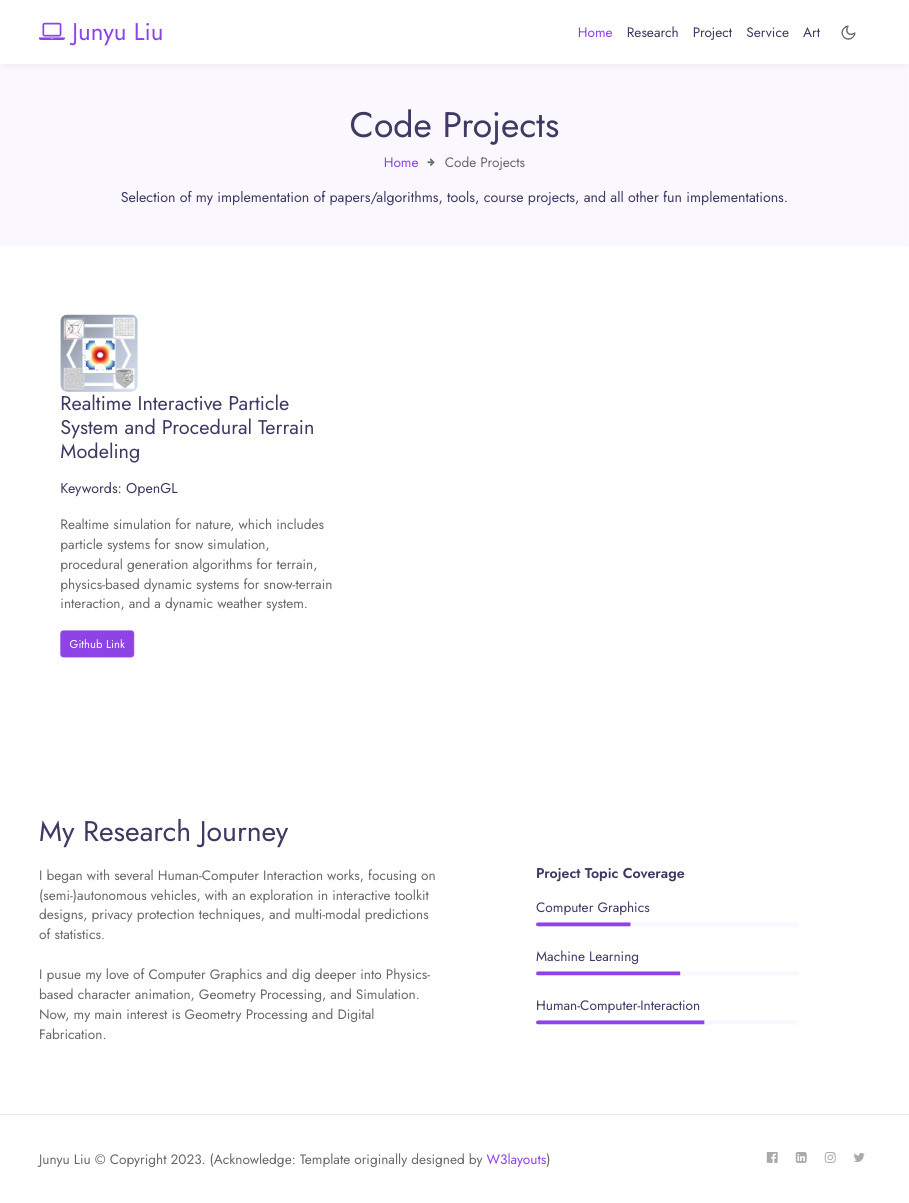
Repository: Junyu-Liu-Nate/junyu-liu-nate.github.io
Page: project.html
These files come from the project's save history. The page is drawn as it stood at one moment and after the next save; the edit follows.
The browser window is 1280 px wide. The pictures show the whole page, at 71% of full size.

Above is the page before, as saved 2024-04-10 18:09:48.
Console error: TypeError: Cannot read properties of null (reading 'classList')

### project.html
<!--
Author: Junyu Liu
Author: W3layouts
Author URL: http://w3layouts.com
-->
<!doctype html>
<html lang="en">

<head>
  <!-- Required meta tags -->
  <meta charset="utf-8">
  <meta name="viewport" content="width=device-width, initial-scale=1, shrink-to-fit=no">

  <title>Junyu Liu - Projects</title>

  <!-- google fonts -->
  <link href="//fonts.googleapis.com/css2?family=Jost:wght@300;400;600&display=swap" rel="stylesheet">

  <!-- Template CSS -->
  <link rel="stylesheet" href="assets/css/style-starter.css">
</head>

<body>
<!-- header -->
<header id="site-header" class="fixed-top">
  <div class="container">
      <nav class="navbar navbar-expand-lg stroke">
          <a class="navbar-brand" href="index.html">
              <span class="fa fa-laptop"></span> Junyu Liu
          </a>
          <!-- if logo is image enable this
      <a class="navbar-brand" href="#index.html">
          <img src="image-path" alt="Your logo" title="Your logo" style="height:35px;" />
      </a> -->
          <button class="navbar-toggler  collapsed bg-gradient" type="button" data-toggle="collapse"
              data-target="#navbarTogglerDemo02" aria-controls="navbarTogglerDemo02" aria-expanded="false"
              aria-label="Toggle navigation">
              <span class="navbar-toggler-icon fa icon-expand fa-bars"></span>
              <span class="navbar-toggler-icon fa icon-close fa-times"></span>
              </span>
          </button>

          <div class="collapse navbar-collapse" id="navbarTogglerDemo02">
            <ul class="navbar-nav ml-auto">
                <li class="nav-item active">
                    <a class="nav-link" href="index.html">Home <span class="sr-only">(current)</span></a>
                </li>
                <li class="nav-item @@research_active">
                    <a class="nav-link" href="research.html">Research</a>
                </li>
                <li class="nav-item @@project_active">
                  <a class="nav-link" href="project.html">Project</a>
                </li>
                <li class="nav-item @@service_active">
                  <a class="nav-link" href="service.html">Service</a>
                </li>
                <li class="nav-item @@art_active">
                    <a class="nav-link" href="art.html">Art</a>
                </li>
            </ul>
        </div>
          <!-- toggle switch for light and dark theme -->
          <div class="mobile-position">
              <nav class="navigation">
                  <div class="theme-switch-wrapper">
                      <label class="theme-switch" for="checkbox">
                          <input type="checkbox" id="checkbox">
                          <div class="mode-container">
                              <i class="gg-sun"></i>
                              <i class="gg-moon"></i>
                          </div>
                      </label>
                  </div>
              </nav>
          </div>
          <!-- //toggle switch for light and dark theme -->
      </nav>
  </div>
</header>
<!-- //header -->

<!-- about breadcrumb -->
<section class="w3l-about-breadcrumb text-center">
    <div class="breadcrumb-bg breadcrumb-bg-about py-sm-5 py-4">
        <div class="container py-2">
            <h2 class="title">Code Projects</h2>
            <ul class="breadcrumbs-custom-path mt-2">
                <li><a href="index.html">Home</a></li>
                <li class="active"><span class="fa fa-arrow-right mx-2" aria-hidden="true"></span> Code Projects </li>
            </ul>
            <br>
            <h5>Selection of my implementation of papers/algorithms, tools, course projects, and all other fun implementations.</h5>
        </div>
    </div>
</section>
<!-- //about breadcrumb -->

<!-- about page about section -->
<section class="w3l-aboutblock1" id="about">
    <div class="midd-w3 py-5">
        <div class="container py-lg-5 py-md-3">
              <div class="col-6">
                <div class="col-lg-3">
                  <div class="position-relative">
                      <img src="assets/images/project/thumnail/port-FEM-vs-VEM.png" alt="" class="radius-image img-fluid">
                  </div>
                </div>
                <div class="col-lg-9 mt-lg-0 mt-5">
                    <!-- <h5 class="title-small mb-2">Hello, I am UI/UX Designer</h5> -->
                    <h3 class="title">Realtime Interactive Particle System and Procedural Terrain Modeling</h3>
                    <br>
                    <h5>Keywords: OpenGL</h5>
                    <br>
                    <p>
                      Realtime simulation for nature, which includes particle systems for snow simulation, procedural generation algorithms for terrain, physics-based dynamic systems for snow-terrain interaction, and a dynamic weather system.
                    </p>
                    <br>
                    <div>
                      <a href="https://github.com/Junyu-Liu-Nate/Realtime-Interactive-Particle-System-Procedural-Modeling-OpenGL" class="btn btn-primary">Github Link</a>
                    </div>
                </div>
            </div>

            <!-- <p><br>-----------------------------------------------------------------------------------------------------------------------------------------------------------------------------------<br><br></p> -->
            <p><br></p>

        </div>
    </div>
</section>
<!-- //about page about section -->

<!-- about page third section -->
<section class="w3l-content-6 py-5">
    <div class="content-6-mian py-lg-5 py-md-4">
        <div class="container">
            <div class="content-info-in row">
                <div class="content-gd col-lg-6">
                    <h3 class="title-big mb-4">My Research Journey</h3>
                    <p>
                      I began with several Human-Computer Interaction works, focusing on (semi-)autonomous vehicles, with an exploration in interactive toolkit designs, privacy protection techniques, and multi-modal predictions of statistics.
                      <br><br>

                      I pusue my love of Computer Graphics and dig deeper into Physics-based character animation, Geometry Processing, and Simulation. Now, my main interest is Geometry Processing and Digital Fabrication.
                    </p>
                </div>
                <div class="content-gd col-lg-4 offset-lg-1">
                    <br><br><br>
                    <h5><b>Project Topic Coverage</b></h5><br>
                    <div class="progress-info">
                        <h6 class="progress-tittle">Computer Graphics</h6>
                        <div class="progress">
                            <div class="progress-bar progress-bar-striped" role="progressbar" style="width: 36%"
                                aria-valuenow="36" aria-valuemin="0" aria-valuemax="100">
                            </div>
                        </div>
                    </div>
                    <div class="progress-info">
                        <h6 class="progress-tittle">Machine Learning
                        </h6>
                        <div class="progress">
                            <div class="progress-bar progress-bar-striped" role="progressbar" style="width: 55%"
                                aria-valuenow="55" aria-valuemin="0" aria-valuemax="100">
                            </div>
                        </div>
                    </div>
                    <div class="progress-info">
                        <h6 class="progress-tittle">Human-Computer-Interaction</h6>
                        <div class="progress">
                            <div class="progress-bar progress-bar-striped" role="progressbar" style="width: 64%"
                                aria-valuenow="64" aria-valuemin="0" aria-valuemax="100">
                            </div>
                        </div>
                    </div>
                </div>
            </div>
        </div>
    </div>
</section>
<!-- about page third section -->

<!-- Footer -->
<section class="w3l-footer py-sm-5 py-4">
  <div class="container">
    <div class="footer-content">
      <div class="row">
        <div class="col-lg-8 footer-left">
          <p class="m-0">Junyu Liu © Copyright 2023. (Acknowledge: Template originally designed by <a href="https://w3layouts.com">W3layouts</a>)</p>
        </div>
        <div class="col-lg-4 footer-right text-lg-right text-center mt-lg-0 mt-3">
          <ul class="social m-0 p-0">
            <li><a href="#facebook"><span class="fa fa-facebook-official"></span></a></li>
            <li><a href="#linkedin"><span class="fa fa-linkedin-square"></span></a></li>
            <li><a href="#instagram"><span class="fa fa-instagram"></span></a></li>
            <li><a href="#twitter"><span class="fa fa-twitter"></span></a></li>
          </ul>
        </div>
      </div>
    </div>
  </div>

  <!-- move top -->
  <button onclick="topFunction()" id="movetop" title="Go to top">
    <span class="fa fa-angle-up"></span>
  </button>
  <script>
    // When the user scrolls down 20px from the top of the document, show the button
    window.onscroll = function () {
      scrollFunction()
    };

    function scrollFunction() {
      if (document.body.scrollTop > 20 || document.documentElement.scrollTop > 20) {
        document.getElementById("movetop").style.display = "block";
      } else {
        document.getElementById("movetop").style.display = "none";
      }
    }

    // When the user clicks on the button, scroll to the top of the document
    function topFunction() {
      document.body.scrollTop = 0;
      document.documentElement.scrollTop = 0;
    }
  </script>
  <!-- /move top -->
</section>
<!-- //Footer -->

<!-- all js scripts and files here -->

<script src="assets/js/theme-change.js"></script><!-- theme switch js (light and dark)-->

<script src="assets/js/jquery-3.3.1.min.js"></script><!-- default jQuery -->

<!-- /typig-text-->
<script>
  const typedTextSpan = document.querySelector(".typed-text");
  const cursorSpan = document.querySelector(".cursor");

  const textArray = ["UI/UX Designer", "Freelancer", "Web developer"];
  const typingDelay = 200;
  const erasingDelay = 10;
  const newTextDelay = 100; // Delay between current and next text
  let textArrayIndex = 0;
  let charIndex = 0;

  function type() {
    if (charIndex < textArray[textArrayIndex].length) {
      if (!cursorSpan.classList.contains("typing")) cursorSpan.classList.add("typing");
      typedTextSpan.textContent += textArray[textArrayIndex].charAt(charIndex);
      charIndex++;
      setTimeout(type, typingDelay);
    } else {
      cursorSpan.classList.remove("typing");
      setTimeout(erase, newTextDelay);
    }
  }

  function erase() {
    if (charIndex > 0) {
      // add class 'typing' if there's none
      if (!cursorSpan.classList.contains("typing")) {
        cursorSpan.classList.add("typing");
      }
      typedTextSpan.textContent = textArray[textArrayIndex].substring(0, 0);
      charIndex--;
      setTimeout(erase, erasingDelay);
    } else {
      cursorSpan.classList.remove("typing");
      textArrayIndex++;
      if (textArrayIndex >= textArray.length) textArrayIndex = 0;
      setTimeout(type, typingDelay);
    }
  }

  document.addEventListener("DOMContentLoaded", function () { // On DOM Load initiate the effect
    if (textArray.length) setTimeout(type, newTextDelay + 250);
  });
</script>
<!-- //typig-text-->

<!-- services owlcarousel -->
<script src="assets/js/owl.carousel.js"></script>

<!-- script for services -->
<script>
  $(document).ready(function () {
    $('.owl-two').owlCarousel({
      loop: true,
      margin: 30,
      nav: false,
      responsiveClass: true,
      autoplay: false,
      autoplayTimeout: 5000,
      autoplaySpeed: 1000,
      autoplayHoverPause: false,
      responsive: {
        0: {
          items: 1,
          nav: false
        },
        480: {
          items: 1,
          nav: false
        },
        700: {
          items: 1,
          nav: false
        },
        1090: {
          items: 3,
          nav: false
        }
      }
    })
  })
</script>
<!-- //script for services -->

<!-- script for tesimonials carousel slider -->
<script>
  $(document).ready(function () {
    $("#owl-demo1").owlCarousel({
      loop: true,
      margin: 20,
      nav: false,
      responsiveClass: true,
      responsive: {
        0: {
          items: 1,
          nav: false
        },
        736: {
          items: 1,
          nav: false
        },
        1000: {
          items: 2,
          nav: false,
          loop: false
        }
      }
    })
  })
</script>
<!-- //script for tesimonials carousel slider -->

<!-- video popup -->
<script src="assets/js/jquery.magnific-popup.min.js"></script>
<script>
  $(document).ready(function () {
    $('.popup-with-zoom-anim').magnificPopup({
      type: 'inline',

      fixedContentPos: false,
      fixedBgPos: true,

      overflowY: 'auto',

      closeBtnInside: true,
      preloader: false,

      midClick: true,
      removalDelay: 300,
      mainClass: 'my-mfp-zoom-in'
    });

    $('.popup-with-move-anim').magnificPopup({
      type: 'inline',

      fixedContentPos: false,
      fixedBgPos: true,

      overflowY: 'auto',

      closeBtnInside: true,
      preloader: false,

      midClick: true,
      removalDelay: 300,
      mainClass: 'my-mfp-slide-bottom'
    });
  });
</script>
<!-- //video popup -->

<!-- stats number counter-->
<script src="assets/js/jquery.waypoints.min.js"></script>
<script src="assets/js/jquery.countup.js"></script>
<script>
  $('.counter').countUp();
</script>
<!-- //stats number counter -->

<!-- disable body scroll which navbar is in active -->
<script>
  $(function () {
    $('.navbar-toggler').click(function () {
      $('body').toggleClass('noscroll');
    })
  });
</script>
<!-- disable body scroll which navbar is in active -->

<!--/MENU-JS-->
<script>
  $(window).on("scroll", function () {
    var scroll = $(window).scrollTop();

    if (scroll >= 80) {
      $("#site-header").addClass("nav-fixed");
    } else {
      $("#site-header").removeClass("nav-fixed");
    }
  });

  //Main navigation Active Class Add Remove
  $(".navbar-toggler").on("click", function () {
    $("header").toggleClass("active");
  });
  $(document).on("ready", function () {
    if ($(window).width() > 991) {
      $("header").removeClass("active");
    }
    $(window).on("resize", function () {
      if ($(window).width() > 991) {
        $("header").removeClass("active");
      }
    });
  });
</script>
<!--//MENU-JS-->

<!-- bootstrap js -->
<script src="assets/js/bootstrap.min.js"></script>

</body>

</html>

Loaded but not shown: assets/css/style-starter.css (library); assets/js/theme-change.js (common file); assets/js/jquery-3.3.1.min.js (library); assets/js/owl.carousel.js (library); assets/js/jquery.magnific-popup.min.js (library); assets/js/jquery.waypoints.min.js (library); assets/js/jquery.countup.js (common file); assets/js/bootstrap.min.js (library)

After the next save:
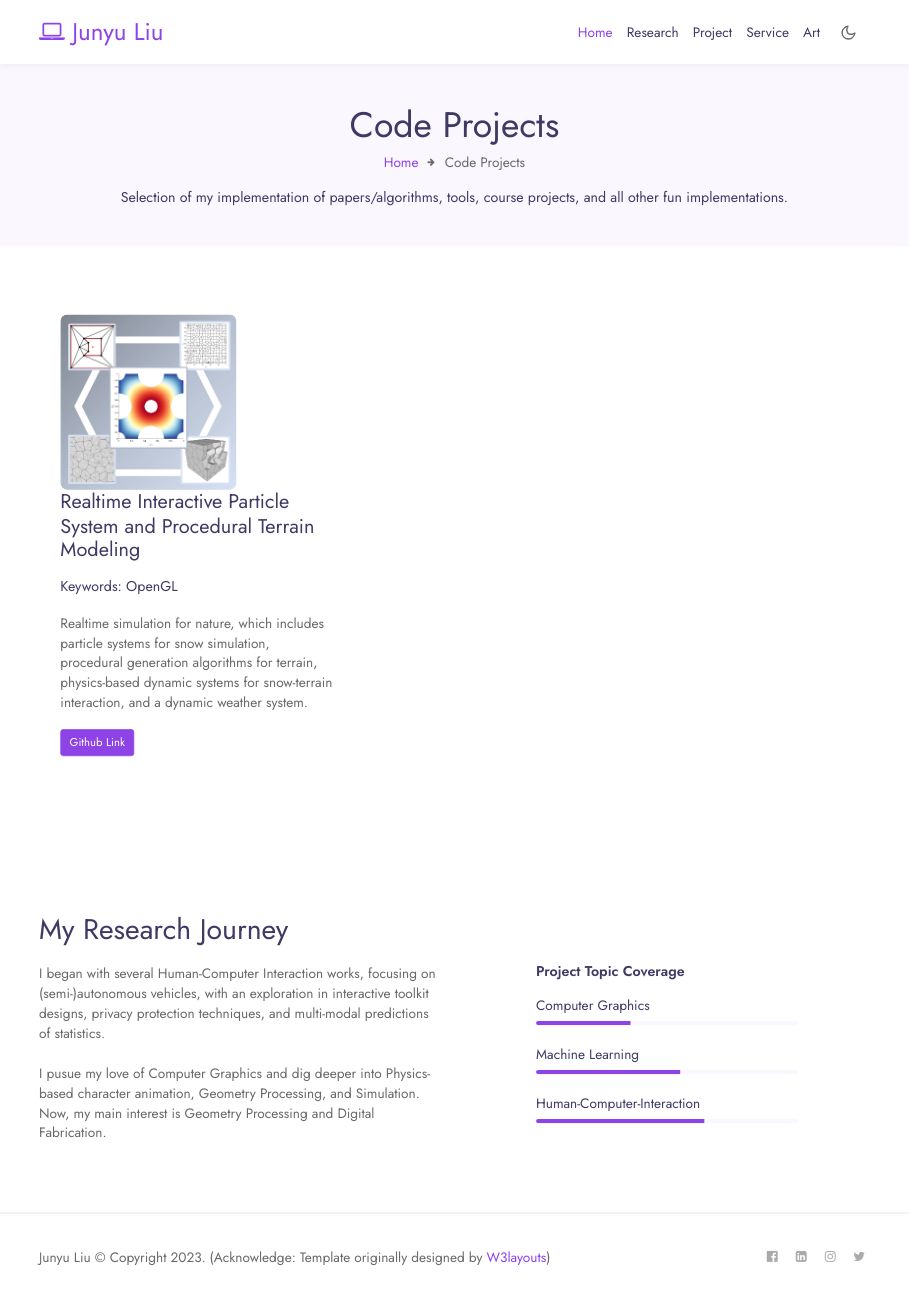
Saved 31 s later.
--- a/project.html
+++ b/project.html
@@ -100,7 +100,7 @@ Author URL: http://w3layouts.com
     <div class="midd-w3 py-5">
         <div class="container py-lg-5 py-md-3">
               <div class="col-6">
-                <div class="col-lg-3">
+                <div class="col-6">
                   <div class="position-relative">
                       <img src="assets/images/project/thumnail/port-FEM-vs-VEM.png" alt="" class="radius-image img-fluid">
                   </div>
